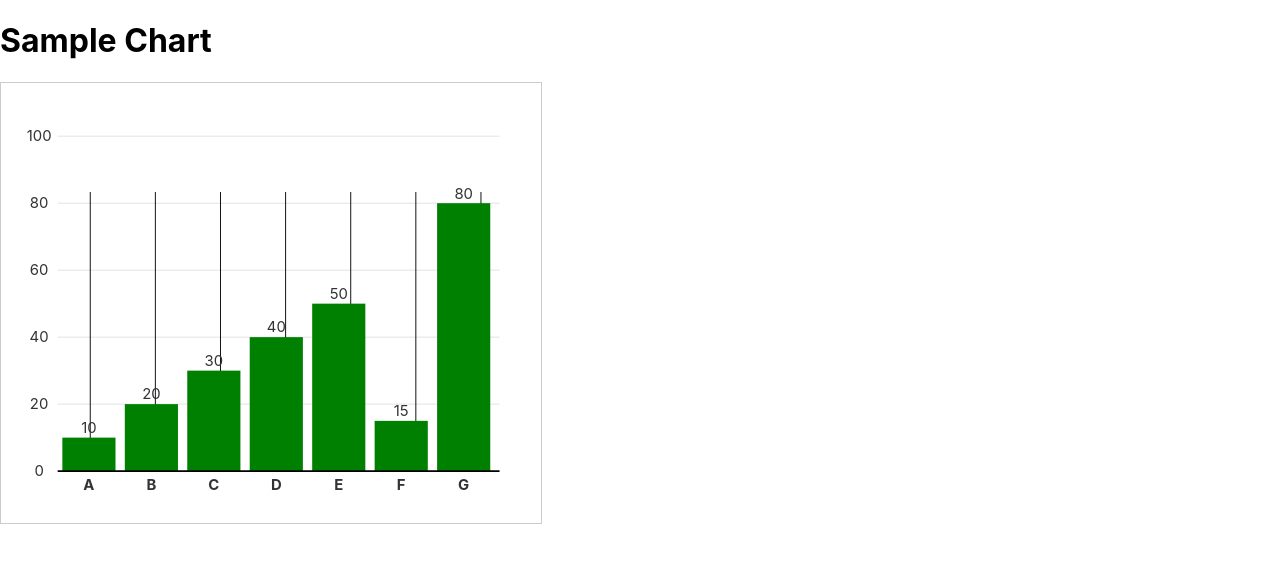
Repository: CaptainJang316/GChart
Page: /
These files come from the project's save history. The page is drawn as it stood at one moment and after a run of saves; the edit follows.
The browser window is 1280 px wide. The pictures show the whole page.
The project was rebuilt for these pictures with package versions that can differ from the ones it lists, and the page was loaded fresh each time. Also part of the build but not shown: src/App.css.

Above is the page before, as saved 2024-11-09 17:20:31.

### src/App.tsx
/* eslint-disable */
import React from 'react';
import './App.css';
import BarChart from './components/Chart/BarChart';
import { Option } from './Model/Option';

function App() {
  const sampleOption: Option = {
    type: 'bar',
    data: [
      { label: 'A', value: 10 },
      { label: 'B', value: 20 },
      { label: 'C', value: 30 },
      { label: 'D', value: 40 },
      { label: 'E', value: 50 },
      { label: 'F', value: 15 },
      { label: 'G', value: 80 },
    ],
    layout: {
      width: 500,
      height: 400,
      axisCnt: 5
    },
    style: {
      color: "green"
    },
    tooltip: true,
    label:  {
      show: true,
      position: 'mid'
    }
  };

  return (
    <div>
      <h1>Sample Chart</h1>
      {/* 차트의 border 없애고, X,Y 축에 대한 컴포넌트들로 더 큰 바운더리 구현해야 함. */}
      {/* => ㄴㄴ. 그냥 단일 SVG로 구현하는 게 훨씬 좋음. */}

      <div className="chart-wrapper">
        <BarChart {...sampleOption}/>
      </div>
    </div>
  );
}

export default App;

### src/components/Chart/BarChart.tsx
/* eslint-disable */
import React from 'react';
import { useAxis } from '../Axis/useAxis';
import { useGrid } from '../Grid/useGrid';
import { Option } from '../../Model/Option';

// interface ChartProps {
//     data: { label: string, value: number }[];
//     width?: number;
//     height?: number;
//     color?: string;
//     axisCnt?: number;
// };

const BarChart: React.FC<Option> = ({
    data,
    title,
    layout: {
        width = 400,
        height = 300,
        axisCnt = 8,
    },
    style: {
        color = '#4A90E2',
    },
    tooltip = true
}) => {
    const values = data.map(item => item.value);
    const {xAxis, yAxis, scales} = useAxis({data: values, width: width, height: height, axisCnt: axisCnt});
    const {gridLines} = useGrid({data: values, scales, width, height, horizontalLineCnt: axisCnt});

    const maxValue = Math.max(...data.map(d => d.value));
    const barWidth = (width - 30) / data.length;
    // const yTicks = 10;
    // const tickValues = Array.from({ length: yTicks }, (_, i) => (maxValue / yTicks) * i);

    return (
        // svg 요소 안에, 차트를 그린다.
        <div style={{ display: 'inline-block', width: `${width}px`, height: `${height}px`}}>
            <svg width='100%' height='100%' viewBox={`0 0 ${width} ${height + 30}`} style={{ border: '1px solid #ccc', padding: '1rem 1.5rem 1.5rem 1rem'}}>
                {
                    title?
                    <g className='title-layer'>
                        <h3>{title.text}</h3>
                        {title.subTitle? <h5>{title.subTitle}</h5> : ''}
                    </g> : ''
                }
                <g className='grid-layer'>
                    {gridLines.horizontal.map((el: { id: React.Key | null | undefined; x1: number ; y1: number ; x2: number ; y2: number; }, index: number) => (
                        <line
                            key={el.id}
                            x1={el.x1}
                            y1={el.y1}
                            x2={el.x2}
                            y2={el.y2}
                            stroke="#e0e0e0"
                            // strokeDasharray="4 4"
                            strokeWidth={1}
                        />
                    ))}
                    {gridLines.vertical.map((el: { id: React.Key | null | undefined; x1: number ; y1: number ; x2: number ; y2: number; }, index: number) => (
                        <line
                            key={el.id}
                            x1={el.x1 + 20}
                            y1={height}
                            x2={el.x2 + 20}
                            y2={100}
                            stroke="black"
                            // strokeDasharray="4 4"
                            strokeWidth={1}
                        />
                    ))}
                </g>

                <g className='axis-layer'>
                    {yAxis.ticks.map((tick) => (
                        <text
                            x={5}
                            y={tick.position}
                            textAnchor="middle"
                            // fontSize="10"
                            fill="#333"
                        >
                        {tick.value}
                        </text>
                    ))}
                </g>

                <g className='chart-layer' style={{ marginLeft: '1rem' }}>
                    {data.map((d, i) => {
                        const barHeight = height - scales.yScale(d.value);
                        return (
                            // g는 svg 요소 내에 사용되는 것.
                            // svg에서 그룹을 만드는 역할을 한다.
                            // trangform은 그룹의 위치를 변환하는 데 사용됨.
                            // translate(${i * barWidth}, ${height - barHeight}) <- x축, y축 이동 정도 지정

                            <g key={i} transform={`translate(${i * barWidth}, ${height - barHeight})`}>
                                <rect
                                    width={barWidth - 10}
                                    height={barHeight}
                                    fill={color}
                                    x={30}
                                    y={0}
                                />
                                <text
                                    x={barWidth / 2 + 25}
                                    y={-5}
                                    textAnchor="middle"
                                    // fontSize="10"
                                    fill="#333"
                                >
                                    {d.value}
                                </text>
                            </g>
                        );
                    })}
                </g>

                <g className='bottom-layer'>
                    <line
                        x1={25}
                        y1={height}
                        x2={width}
                        y2={height}
                        stroke="black"
                        // strokeDasharray="4 4"
                        strokeWidth={2}
                    />
                </g>
                <g className='label-layer'>
                    {data.map((d, i) => {
                        let currX = barWidth * i;
                        return (
                            <text
                            x={currX + barWidth / 2 + 25}
                            y={height + 20}
                            textAnchor="middle"
                            // fontSize="12"
                            fontWeight="bold"
                            fill="#333"
                        >
                            {d.label}
                        </text>
                        );
                    })}
                </g>
            </svg>
        </div>
    );
};

export default BarChart;

### src/components/Axis/useAxis.ts
/* eslint-disable */
import { useMemo } from 'react';
import { scaleLinear } from 'd3-scale';

interface AxisProps {
    data: number[];
    width: number;
    height: number;
    axisCnt?: number;
    horizontalPadding?: number; // 좌우 패딩
    topPadding?: number; // 위쪽 패딩
}

export const useAxis = ({
    data,
    width,
    height,
    axisCnt = 6,
    horizontalPadding = 40,
    topPadding = 40
}: AxisProps) => {
    const scales = useMemo(() => {
        // X축 스케일 설정
        const xScale = scaleLinear()
            .domain([0, data.length - 1])
            .range([horizontalPadding, width - horizontalPadding]);

        // Y축 스케일 설정
        const maxValue = Math.max(...data);
        const yMaxValue = getAppropriateMaxValue(maxValue);

        const yScale = scaleLinear()
            .domain([0, yMaxValue])
            // 위쪽 패딩만 적용하고 아래쪽은 height 값 그대로 사용
            .range([height, topPadding]); // -1을 해서 baseline에 정확히 맞춤

        return { xScale, yScale };
    }, [data, width, height, horizontalPadding, topPadding]);

    const xAxis = useMemo(() => {
        return {
            ticks: data.map((_, index) => ({
                value: index,
                position: scales.xScale(index)
            }))
        };
    }, [scales.xScale, data]);

    const yAxis = useMemo(() => {
        const ticks = scales.yScale.ticks(axisCnt);
        return {
            ticks: ticks.map(tick => ({
                value: tick,
                position: scales.yScale(tick) + 5
            }))
        };
    }, [scales.yScale, axisCnt]);

    return { xAxis, yAxis, scales };
};

// 적절한 최대값을 계산하는 헬퍼 함수
function getAppropriateMaxValue(maxValue: number): number {
    const magnitude = Math.pow(10, Math.floor(Math.log10(maxValue)));
    const normalized = maxValue / magnitude;

    if (normalized <= 1) return magnitude;
    if (normalized <= 2) return 2 * magnitude;
    if (normalized <= 5) return 5 * magnitude;
    return 10 * magnitude;
}

### src/components/Grid/useGrid.ts
/* eslint-disable */
import { useMemo } from 'react';

interface GridProps {
    data: number[],
    scales: {
        xScale: any;
        yScale: any;
    },
    width: number,
    height: number
    horizontalLineCnt: number;
}

export const useGrid = ({data, scales, width, height, horizontalLineCnt}: GridProps) => {
    const gridLines = useMemo(() => {
        const vertical = scales.xScale.ticks(data.length - 1).map((tick: number) => ({
            id: `x-${tick}`,
            x1: scales.xScale(tick),
            y1: 0,
            x2: scales.xScale(tick),
            y2: height,
        }));

        const horizontal = scales.yScale.ticks(horizontalLineCnt).map((tick: number) => ({
            id: `y-${tick}`,
            x1: 25,
            y1: scales.yScale(tick),
            x2: width,
            y2: scales.yScale(tick)
        }));

        return {vertical, horizontal};
    }, [scales, width, height]);

    return { gridLines };
}

Loaded but not shown: public/index.html (common file); src/index.tsx (common file); src/index.css (common file); src/reportWebVitals.ts (common file)

After the next 2 saves:
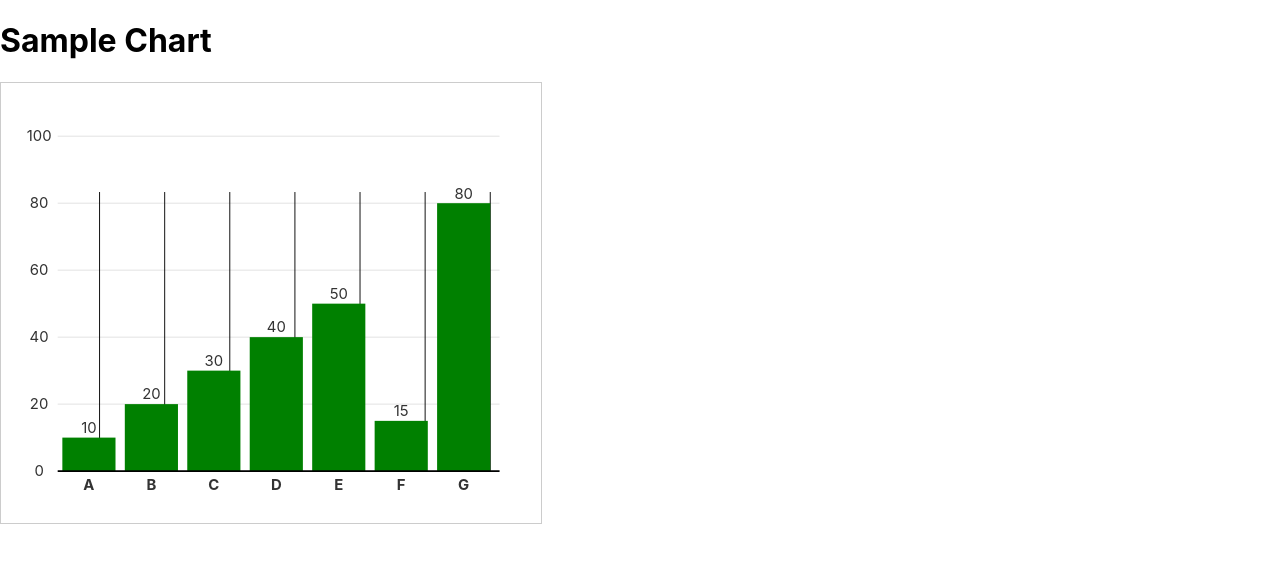
The 2 saves are shown as one change because they came seconds apart.
The last was saved 8 s later.
--- a/src/components/Chart/BarChart.tsx
+++ b/src/components/Chart/BarChart.tsx
@@ -61,9 +61,9 @@ const BarChart: React.FC<Option> = ({
                     {gridLines.vertical.map((el: { id: React.Key | null | undefined; x1: number ; y1: number ; x2: number ; y2: number; }, index: number) => (
                         <line
                             key={el.id}
-                            x1={el.x1 + 20}
+                            x1={el.x1 + 30}
                             y1={height}
-                            x2={el.x2 + 20}
+                            x2={el.x2 + 30}
                             y2={100}
                             stroke="black"
                             // strokeDasharray="4 4"
